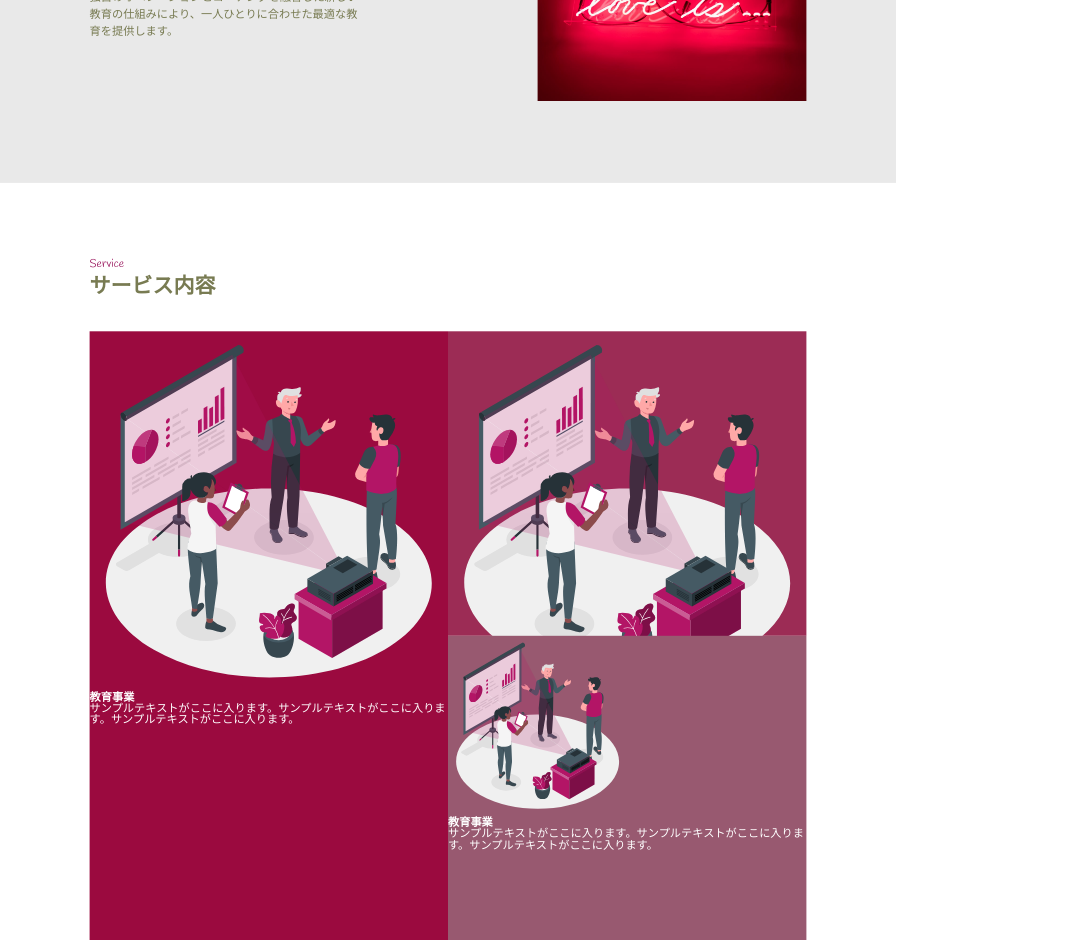
Repository: masanarimiura/20220504miura
Page: index.html
These files come from the project's save history. The page is drawn as it stood at one moment and after the next save; the edit follows.
The browser window is 1280 px wide. The page is 1536 px wide, so the pictures cover 1536 px, including what lies to the right of the window. The pictures show the part of the page from y = 1445 to 3045 px (the page is 2789 px tall before and 3045 px after), at 70% of full size.

Above is the page before, as saved 2022-05-04 22:11:07.

After the next save:
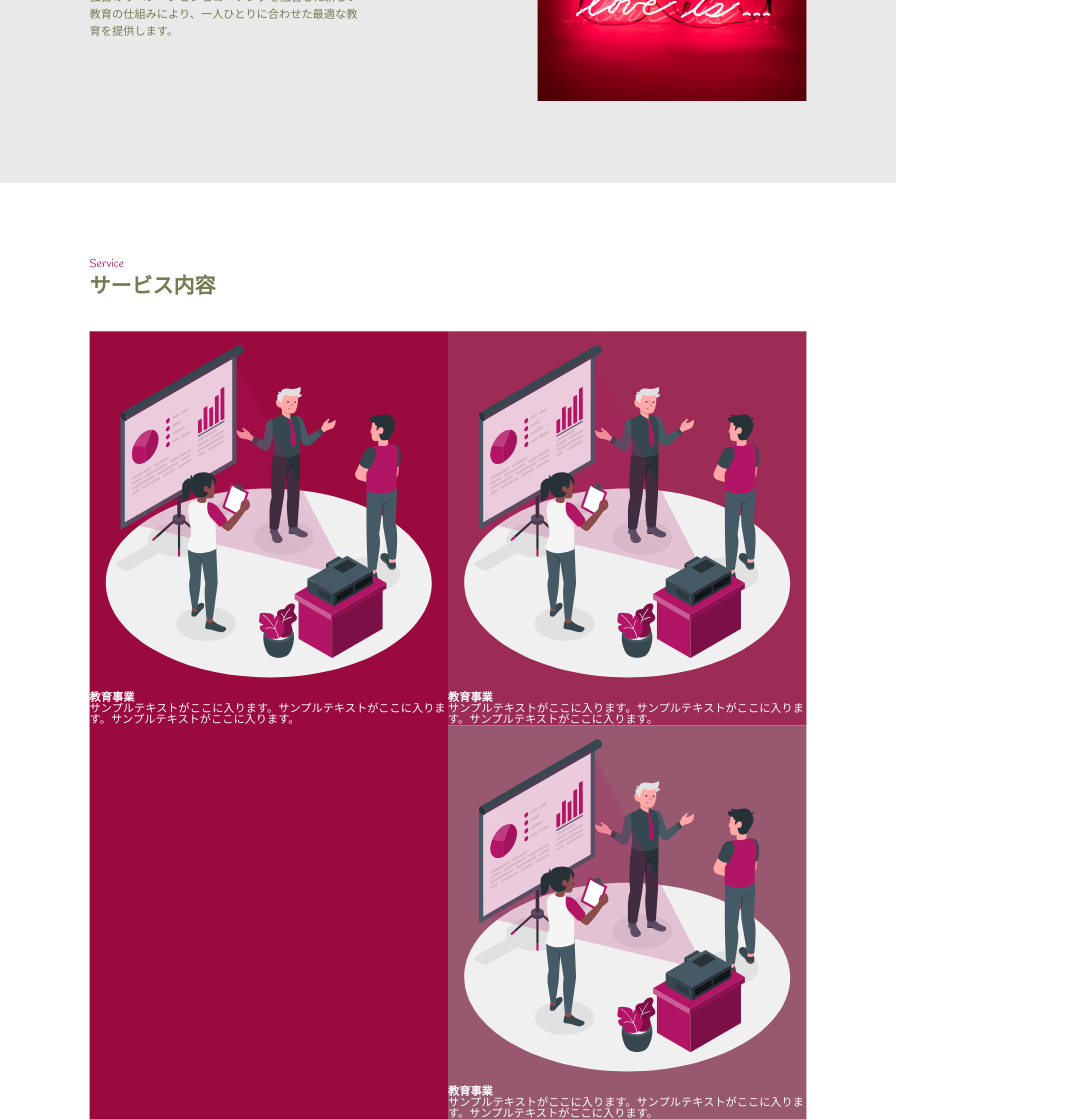
Saved 6 s later.
--- a/css/style.css
+++ b/css/style.css
@@ -140,7 +140,7 @@ a {
 .service-box1,
 .service-box2,
 .service-box3 img {
-  width: 50%;
+  width: ;
 }
 .service-box1 {
   grid-column: 1/2;
